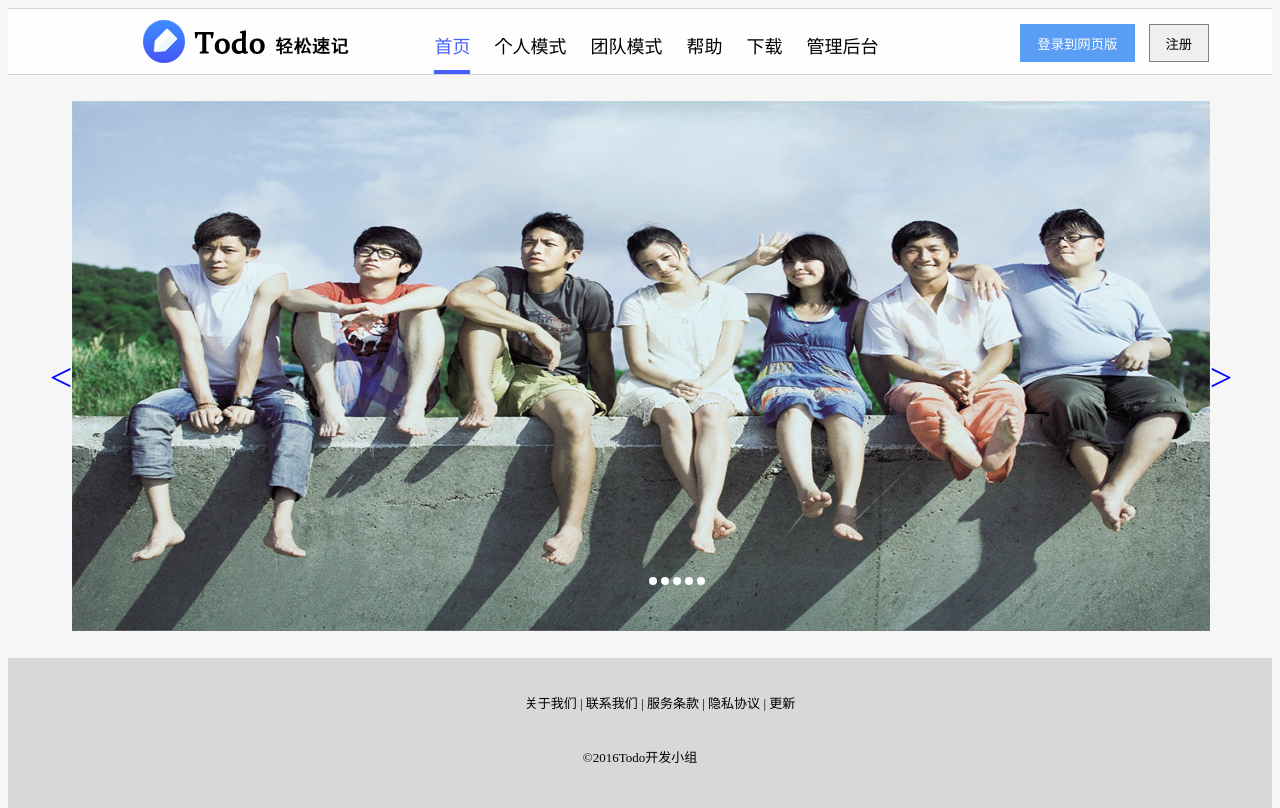
Repository: lengchang/Todo
Page: http://localhost/Todoweb/index.jsp
An editor plug-in stored every save of this project. The page is shown before and after the next save, followed by the edit.
The browser window is 1280 px wide. The pictures show the whole page.
The page is served by Tomcat 9. Other server files are loaded and not shown. The template is opened directly, without the code that normally fills it, so the values that code supplies are empty.

Above is the page before, as saved 2016-12-13 15:50:29.

### Todoweb/WebContent/index.jsp
<%@ page language="java" contentType="text/html; charset=UTF-8"
	pageEncoding="UTF-8"%>
<%@ taglib prefix="s" uri="/struts-tags"%>
<HTML !DOCTYPE>
<head>
<meta charset="utf-8">
<title>Todo|多彩生活，简单记录...</title>
<link rel="stylesheet" type="text/css" href="./css/index.css" />
<script src="./js/jquery-3.1.1.js"></script>
</head>
<body>
	<header>
		<s:include value="./Master/nav.jsp" />
	</header>
	<article>
		<div id="img_show_container">
			<div id="show_img">
				<img src="./img/test1.png" id="first_img" class="img"> <img
					src="./img/test2.png" id="second_img" class="img"> <img
					src="./img/test3.png" id="third_img" class="img"> <img
					src="./img/test4.png" id="forth_img" class="img"> <img
					src="./img/test5.png" id="fifth_img" class="img">
			</div>
		</div>
		<div id="radio_button">
			<div id="first_circle"></div>
			<div id="second_circle"></div>
			<div id="third_circle"></div>
			<div id="forth_circle"></div>
			<div id="fifth_circle"></div>
		</div>
		<div id="back_head">
			<span id="back">&lt</span>
			<sapn id="head">&gt</span>
		</div>
	</article>
	<footer>
		<s:include value="./Master/footer.jsp" />
	</footer>
	<script src="./js/index.js"></script>
</body>
</HTML>

### Todoweb/WebContent/Master/nav.jsp
<%@ page pageEncoding="UTF-8"%>
<%@ taglib prefix="s" uri="/struts-tags"%>
<div id="top_logo">
	<a href="/Todoweb/index.jsp"> <img src="./img/logo.png">
	</a>
</div>
<nav id="top_nav">
	<ul>
		<a href="/Todoweb/index.jsp" id="index_firstpage"><li id="ul_index">首页</li></a>
		<a href="self_mode_use.html" id="self_mode"><li>个人模式</li></a>
		<a href="team_mode_use.html" id="team_mode"><li>团队模式</li></a>
		<a href="help.html" id="help"><li>帮助</li></a>
		<a href="download.html" id="download"><li>下载</li></a>
		<a href="/Todoweb/WEB-INF/root/admin.jsp"><li>管理后台</li></a>
	</ul>
</nav>
<div id="top_button">
	<s:if test="#session['username']!=null">
		<a href="/Todoweb/acessUserinfo.action">${session.username}</a>
		<a href="/Todoweb/logout.action">logout</a>
	</s:if>
	<s:if test="#session['username']==null">
		<a href="/Todoweb/login.jsp"><button id="button_login">登录到网页版</button></a>
		<a href="/Todoweb/register.jsp"><button id="button_regist">注册</button></a>
	</s:if>
</div>

### Todoweb/WebContent/Master/footer.jsp
<%@ page pageEncoding="UTF-8"%>
<div class="about" id="about_us">
	<ul>
		<a href="about_us.html"><li class="no_last">关于我们</li></a>
		<a href="email.html"><li class="no_last">联系我们</li></a>
		<a href="serve.html"><li class="no_last">服务条款</li></a>
		<a href="serect.html"><li class="no_last">隐私协议</li></a>
		<a href="update.html"><li class="no_">更新</li></a>
	</ul>
</div>
<div class="about" id="about_team">©2016Todo开发小组</div>

### Todoweb/WebContent/css/index.css
body{
    background: #F6F6F6;
}
header{
    width:100%;
    height:65px;
    border-top: solid lightgray 1px;
    border-bottom: solid lightgray  1px;
    background: #FEFEFE;
}
article{
    width: 100%;;
    float: left;
    margin: 1px;
    position: relative;
}

footer{
    width: 100%;
    height: 150px;
    background: #D9D8D7;
    float:left;
    margin-top:2%;
}

#top_logo{
    margin-left: 10%;
    float: left;
    margin-top:10px;
}

nav ul a:hover{
    color: #4560FA;
}

#top_nav{
    height:45px;
    float: left;
}

#top_button{
	height:45px;
	float:right;
	margin-right: 5%;
    margin-top:15px;
}

#top_button button{
    height: 38px;
}

#about_us ul li{
	display: inline-block;
    list-style: none;
}

nav ul li{
    margin-left: 20px;
    margin-top:7px;
    font-size: 18px;
    display: inline-block;
    list-style: none;
    height:38px;
}

nav ul li:hover{
    border-bottom: solid #4560FA 4px;
}

a{
    text-decoration-line: none;
    color: #000000;
}

a::visited{
    color: #4560FA;
}

#button_login {
    width:115px;
    background: #599EF4;
    border:solid #599EF4 1px;
    color: white;
}

#button_login:hover{
    background: rgba(68,87,247,0.8);
    border:solid blue 1px;
    color: white;
}

#button_regist{
    width:60px;
    margin-left: 10px;
    border:solid gray 1px;
    color: #000000;
}
#button_regist:hover{
    background: rgba(254,254,254,0.7);
    border:solid gray 1px;
    color: #000000;
}
.about{
    text-align: center;
    margin-top:35px;
    font-size:13px;
}
#about_us ul li.no_last::after{
    content: " | ";
}

#index_firstpage{
    color: #4560FA;
}

#ul_index{
    border-bottom: solid #4560FA 4px;
}

.about ul a:hover{
    color: blue;
}

#radio_button{
    width: 300px;
    margin-left: 60px;
    margin-top:15px;
    float: left;
    position: absolute;
    top:480px;
    left: 580px;
    z-index: 3;
}

#img_show_container{
    width: 90%;
    height:530px;
    overflow: hidden;
    position:relative;
    left:5%;
    margin-top:2%;
}

#show_img{
    position: relative;
    width: 100%;
    height: 530px;
}

#show_img [id$=img]{
    position: absolute;
    top:0px;
    width: 100%;
    height: 530px;
}

#first_img{
    left: 0%;
}
#second_img{
     left: 110%;
}
#third_img{
    left: 220%;
}
#forth_img{
    left: 330%;
}
#fifth_img{
    left: 440%;

}
#back_head{
    position: absolute;
    font-size: 40px;
    color: blue;
    top: 50%;
    width:100%;
}
#head{
    position: absolute;
    left: 95%;
}
#back{
	position: absolute;
	right:95%;
}
#back,#head,#radio_button div{
    cursor: pointer;
}
#back:hover,#head:hover{
    opacity: 0.8;
}
#radio_button div{
    display: inline-block;
    background: white;
    width:8px;
    height:8px;
    border-radius: 8px;
}
#radio_button div:hover{
    background: #4560FA;
}

### Todoweb/WebContent/js/index.js
$(document).ready(function () {
  var currentIndex = 0
  var imgLength = $('.img').length
  // 自动轮播效果的实现
  // 定义计时器
  var autoChange = setInterval(function () {
    currentIndex = currentIndex < imgLength - 1 ? currentIndex + 1 : 0
    changeTo(currentIndex)
  }, 6000)
  // 选中圆点效果实现
  $('#radio_button').find('div').each(function (item) {
    $(this).click(function () {
      clearInterval(autoChange)
      changeTo(item)
      currentIndex = item
      autoChangeAgain()

    })
  })
  // 重置计时器
  function autoChangeAgain () {
    autoChange = setInterval(function () {
      currentIndex = currentIndex < imgLength - 1 ? currentIndex + 1 : 0
      changeTo(currentIndex)
    }, 6000)
  }
  // 鼠标放到左箭头
  $('#back').hover(function () {
    clearInterval(autoChange)
  }, function () {
    autoChangeAgain()
  })
  // 鼠标放到右箭头
  $('#head').hover(function () {
    clearInterval(autoChange)
  }, function () {
    autoChangeAgain()
  })
  // 左箭头点击处理
  $('#back').click(function () {
    currentIndex = (currentIndex > 0) ? (--currentIndex) : (imgLength - 1)
    changeTo(currentIndex)
  })
  // 右箭头点击处理
  $('#head').click(function () {
    currentIndex = (currentIndex < imgLength - 1) ? (++currentIndex) : 0
    changeTo(currentIndex)
  })
})
function changeTo (num) {
  var gotoLeft = num * 1333
  $('#show_img').animate({ left: '-' + gotoLeft + 'px' }, 'fast')
}

Loaded but not shown: Todoweb/WebContent/js/jquery-3.1.1.js (library)

After the next save:
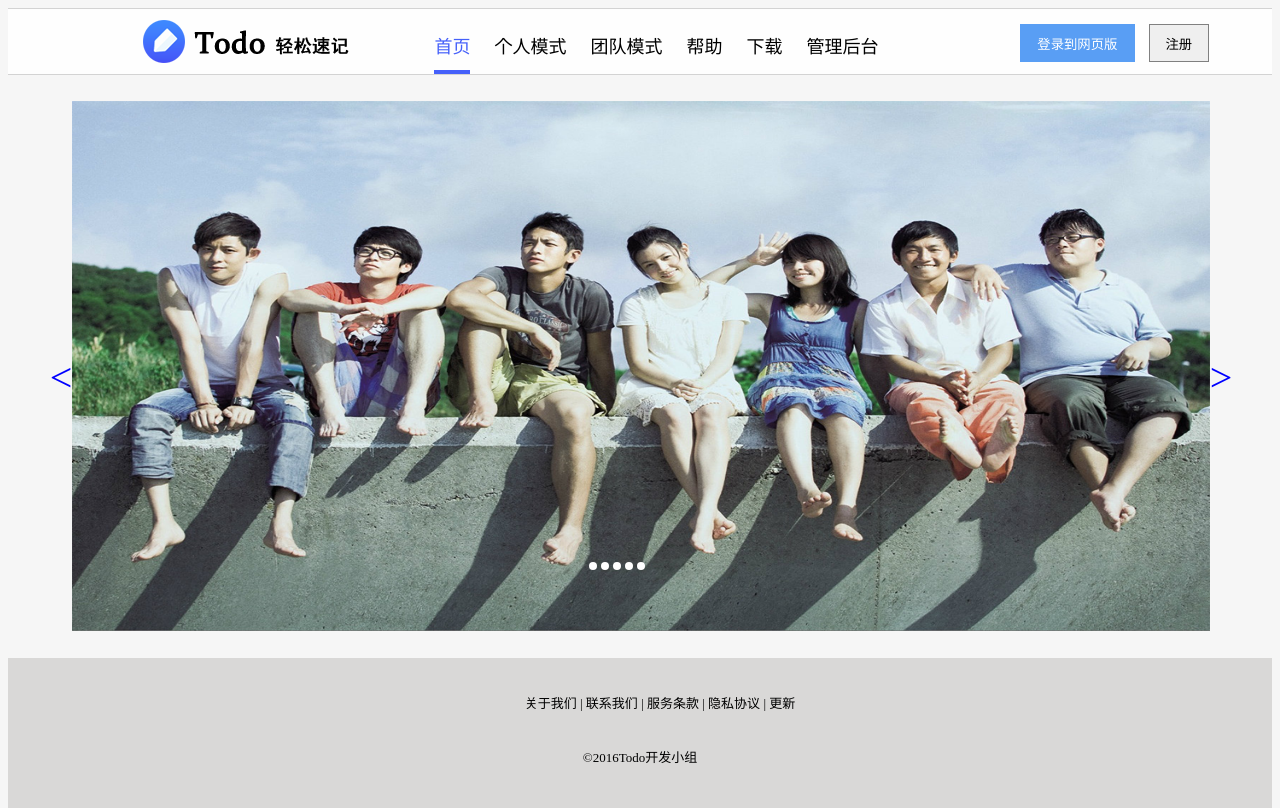
Saved 18 s later.
--- a/Todoweb/WebContent/css/index.css
+++ b/Todoweb/WebContent/css/index.css
@@ -123,8 +123,6 @@ a::visited{
 
 #radio_button{
     width: 300px;
-    margin-left: 60px;
-    margin-top:15px;
     float: left;
     position: absolute;
     top:480px;
